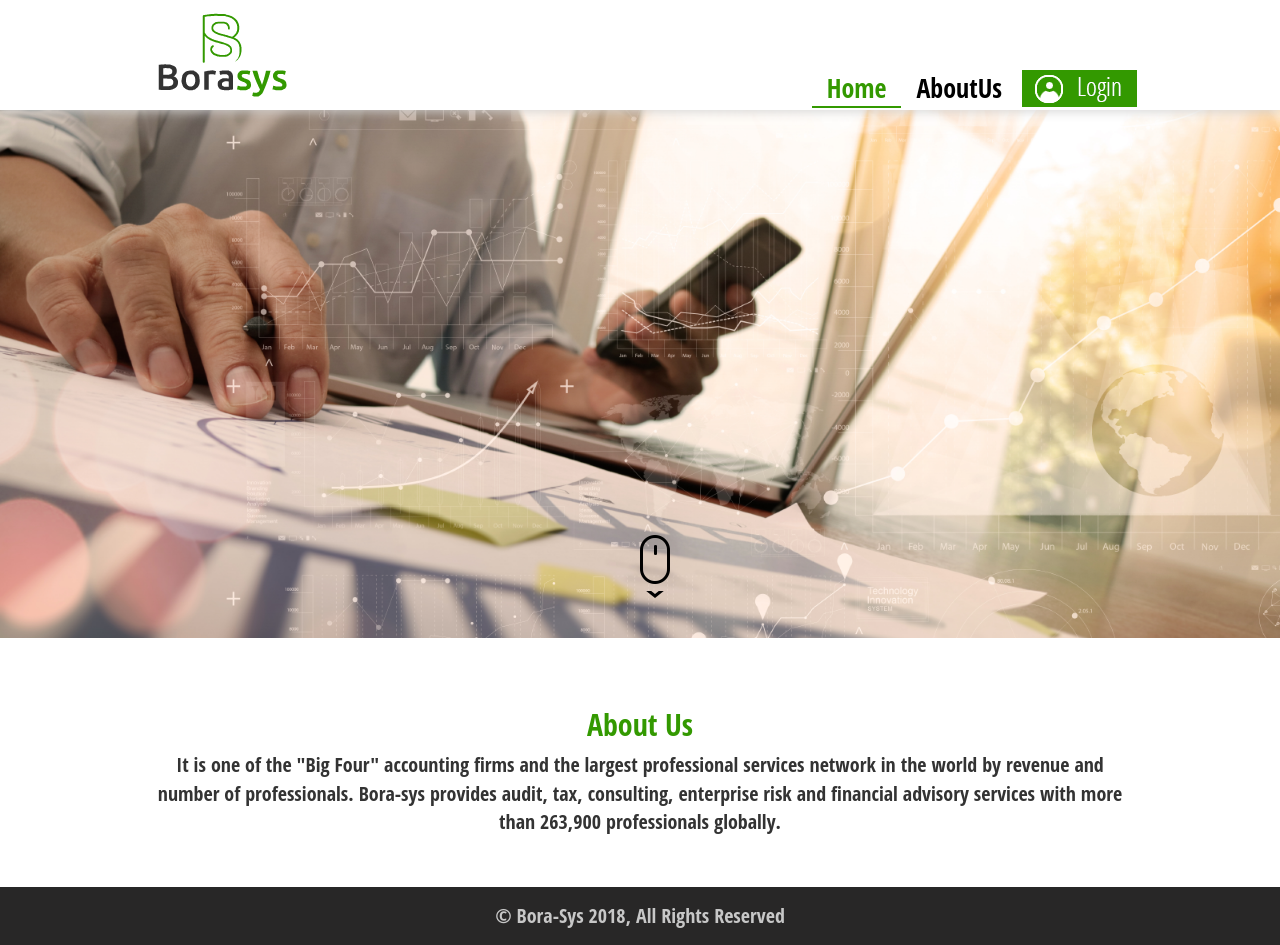
Repository: intkhabahmed/AcceleratedBootcampWebsites
Page: http://localhost/BoraSys/UI/index.jsp
These files come from the project's save history. The page is drawn as it stood at one moment and after the next save; the edit follows.
The browser window is 1280 px wide. The pictures show the whole page.
Some web fonts or font styles are not loaded; a fallback is used. The page is served by Tomcat 9. Nobody is signed in. The application's start-up code is not run.

Above is the page before, as saved 2018-01-31 05:36:15.

After the next save:
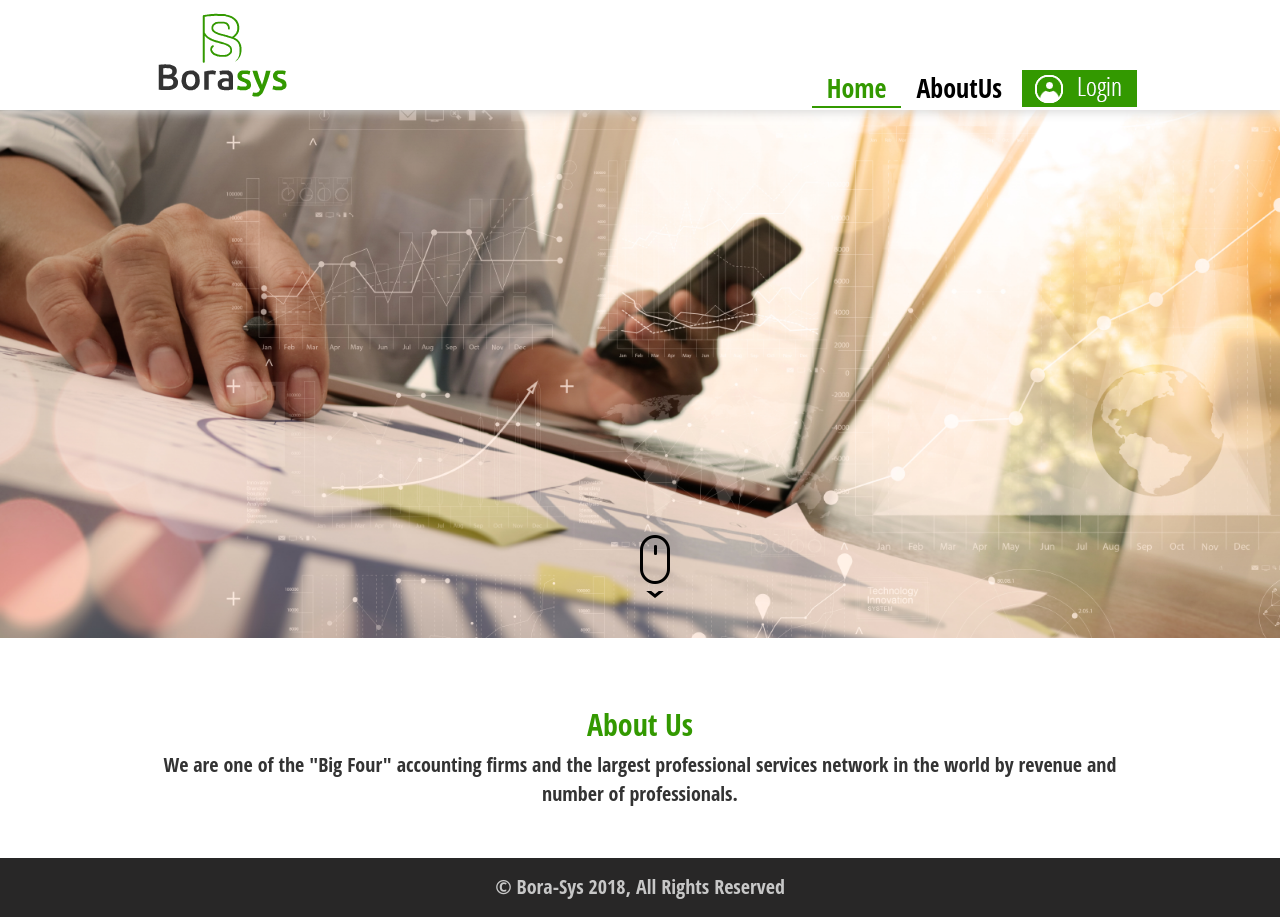
Saved 61 min 25 s later.
--- a/BoraSys/WebContent/UI/index.jsp
+++ b/BoraSys/WebContent/UI/index.jsp
@@ -40,11 +40,9 @@
 		<div class="row">
 			<div id="aboutus">
 				<h2 align="center">About Us</h2>
-				<p align="center">It is one of the "Big Four" accounting firms
+				<p align="center">We are one of the "Big Four" accounting firms
 					and the largest professional services network in the world by
-					revenue and number of professionals. Bora-sys provides audit,
-					tax, consulting, enterprise risk and financial advisory services
-					with more than 263,900 professionals globally.</p>
+					revenue and number of professionals.</p>
 			</div>
 			<!--end aboutus-->
 		</div>
@@ -53,8 +51,7 @@
 	<!--end container-->
 	<div id="footer">
 		<footer>
-			<p align="center">&copy; Bora-Sys 2018, All Rights
-				Reserved</p>
+			<p align="center">&copy; Bora-Sys 2018, All Rights Reserved</p>
 		</footer>
 	</div>
 	<div class="overlay" title="click to close"></div>
@@ -70,8 +67,10 @@
 
 			</div>
 			<div class="form-group">
-				<h4><a href="#" class="pull-left">Forgot Password?</a></h4> <input
-					type="submit" name="login_btn" id="login_btn" value="Login"
+				<h4>
+					<a href="#" class="pull-left">Forgot Password?</a>
+				</h4>
+				<input type="submit" name="login_btn" id="login_btn" value="Login"
 					class="pull-right btn btn-default" />
 			</div>
 		</form>
@@ -83,8 +82,9 @@
 			<div class="form-group">
 				<label class="form-label" for="receiver">Choose Company</label> <br>
 				<input type="radio" name="receiver" required="required"
-					value="BeneesFradia" /> BeneesFradia &nbsp;&nbsp;
-				<input type="radio" name="receiver" value="QuickgunHeadley"/> QuickgunHeadley <br>
+					value="BeneesFradia" /> BeneesFradia &nbsp;&nbsp; <input
+					type="radio" name="receiver" value="QuickgunHeadley" />
+				QuickgunHeadley <br>
 			</div>
 			<div class="form-group">
 				<textarea rows="4" class="form-control"
